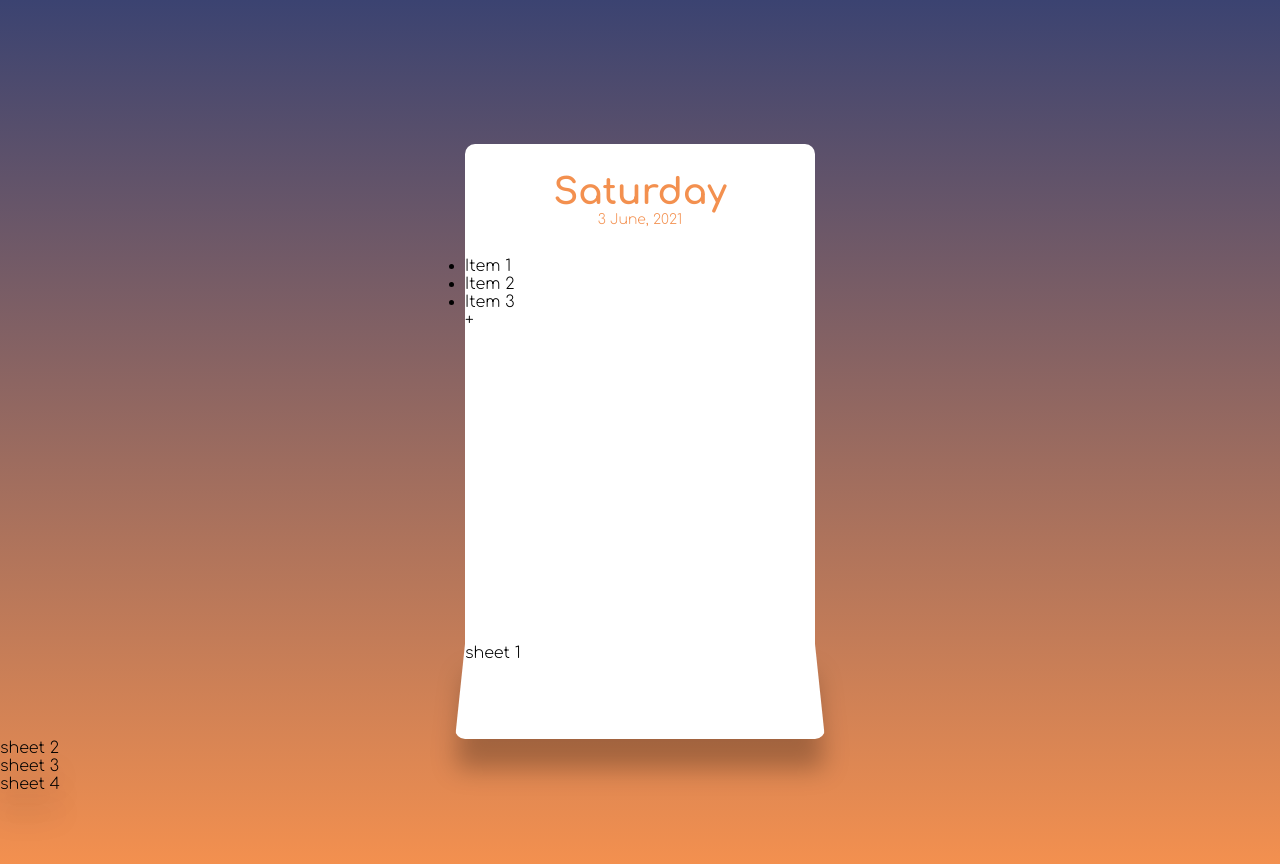
Repository: Colo-Codes/mini-projects
Page: todo-app/index.html
These files come from the project's save history. The page is drawn as it stood at one moment and after the next save; the edit follows.
The browser window is 1280 px wide. The pictures show the whole page.

Above is the page before, as saved 2021-07-04 11:44:29.

### todo-app/index.html
<!DOCTYPE html>
<html lang="en">
    <head>
        <meta charset="UTF-8" />
        <meta http-equiv="X-UA-Compatible" content="IE=edge" />
        <meta name="viewport" content="width=device-width, initial-scale=1.0" />
        <link rel="stylesheet" href="./css/index.css" />
        <title>Mini-Project - ToDo app</title>
    </head>
    <body>
        <div class="changing-background">
            <main class="todo">
                <section id="todo--header">
                    <header>Saturday</header>
                    <p>3 June, 2021</p>
                </section>
                <section id="todo--tasks-list">
                    <ul>
                        <li class="todo--tasks-list--item">Item 1</li>
                        <li class="todo--tasks-list--item">Item 2</li>
                        <li class="todo--tasks-list--item">Item 3</li>
                    </ul>
                </section>
                <section id="todo--footer">
                    <p>+</p>
                </section>
            </main>
            <div id="sheet-1-3d">sheet 1</div>
            <div id="sheet-2-3d">sheet 2</div>
            <div id="sheet-3-3d">sheet 3</div>
            <div id="sheet-4-3d">sheet 4</div>
        </div>
    </body>
</html>

### todo-app/css/index.css
@import url('https://fonts.googleapis.com/css2?family=Comfortaa:wght@300;700&display=swap');

/* Initial reset */

html {
    box-sizing: border-box;
    font-size: 16px;
}

*,
*:before,
*:after {
    box-sizing: inherit;
    margin: 0;
    padding: 0;
    /*outline: 1px dashed blue; /* Debugging purposes */
}

body {
    font-family: 'Comfortaa', cursive;
    background: #f3904f; /* fallback for old browsers */
    background: -webkit-linear-gradient(
        to bottom,
        #3b4371,
        #f3904f
    ); /* Chrome 10-25, Safari 5.1-6 */
    background: linear-gradient(
        to bottom,
        #3b4371,
        #f3904f
    ); /* W3C, IE 10+/ Edge, Firefox 16+, Chrome 26+, Opera 12+, Safari 7+ */
    background-repeat: no-repeat;
    background-size: cover;
    height: 100vh;
}

.todo {
    margin: auto;
    margin-top: 20vh;
    width: 350px;
    height: 500px;
    background-color: white;
    border-radius: 10px 10px 0 0;
}

div [id^='sheet-'] {
    margin: auto;
    border-radius: 0 0 10px 10px;
    -webkit-filter: drop-shadow(0px 30px 12px rgba(0, 0, 0, 0.25));
    filter: drop-shadow(0px 30px 12px rgba(0, 0, 0, 0.25));
    -ms-filter: "progid:DXImageTransform.Microsoft.Dropshadow(OffX=0, OffY=30, Color='#444')";
    filter: "progid:DXImageTransform.Microsoft.Dropshadow(OffX=0, OffY=30, Color='#444')";
}
#sheet-1-3d {
    width: 370px;
    height: 95px;
    margin: auto;
    border-radius: 0 0 10px 10px;
    /* trapezoidal shape */
    border-bottom: 95px solid white;
    border-left: 10px solid transparent;
    border-right: 10px solid transparent;
}

#todo--header header {
    padding-top: 1.75rem;
    font-size: 2.25rem;
    font-weight: 700;
    text-align: center;
    color: #f3904f;
}

#todo--header p {
    font-size: 0.875rem;
    text-align: center;
    color: #f3904f;
}

#todo--tasks-list {
    margin-top: 1.875rem;
}

After the next save:
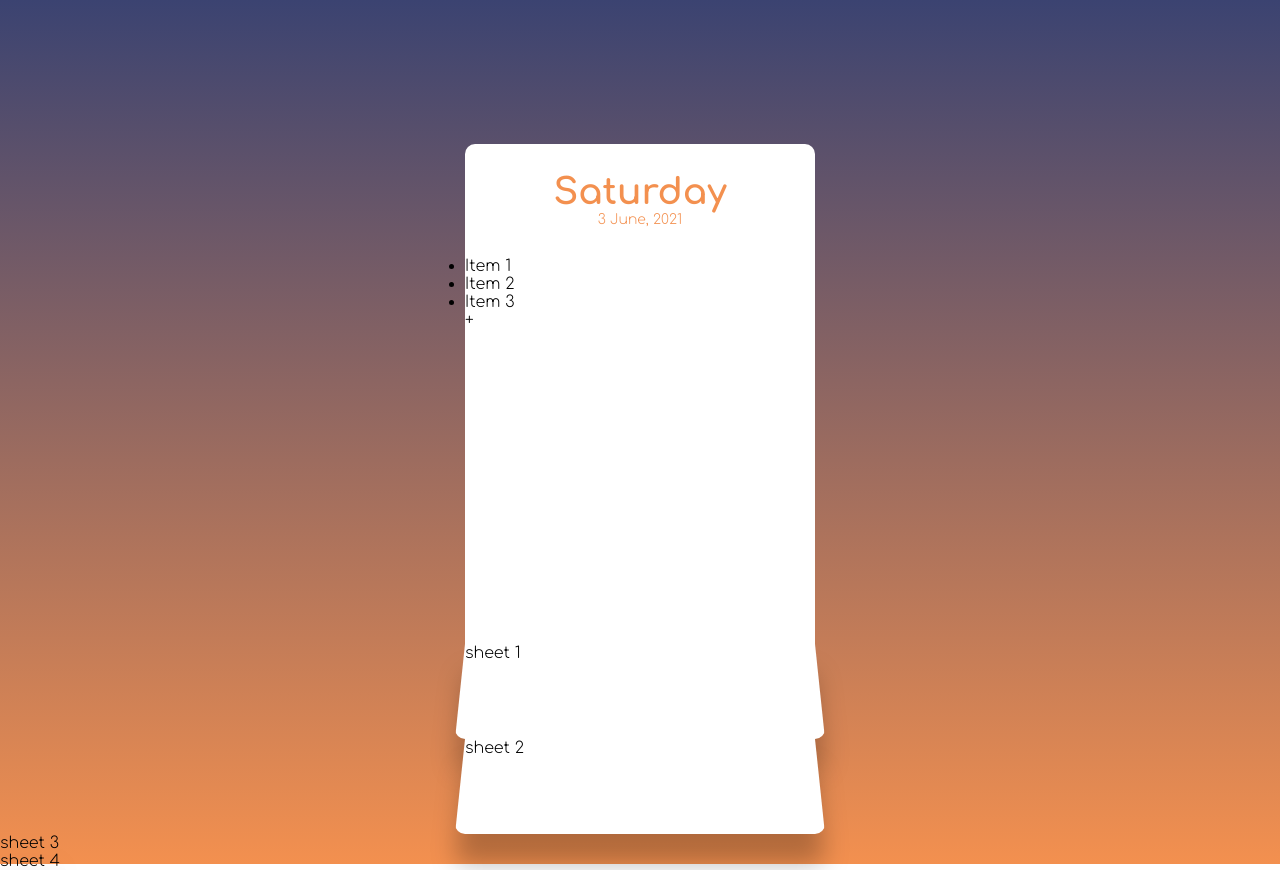
Saved 17 s later.
--- a/todo-app/css/index.css
+++ b/todo-app/css/index.css
@@ -61,6 +61,16 @@ div [id^='sheet-'] {
     border-left: 10px solid transparent;
     border-right: 10px solid transparent;
 }
+#sheet-2-3d {
+    width: 370px;
+    height: 95px;
+    margin: auto;
+    border-radius: 0 0 10px 10px;
+    /* trapezoidal shape */
+    border-bottom: 95px solid white;
+    border-left: 10px solid transparent;
+    border-right: 10px solid transparent;
+}
 
 #todo--header header {
     padding-top: 1.75rem;
